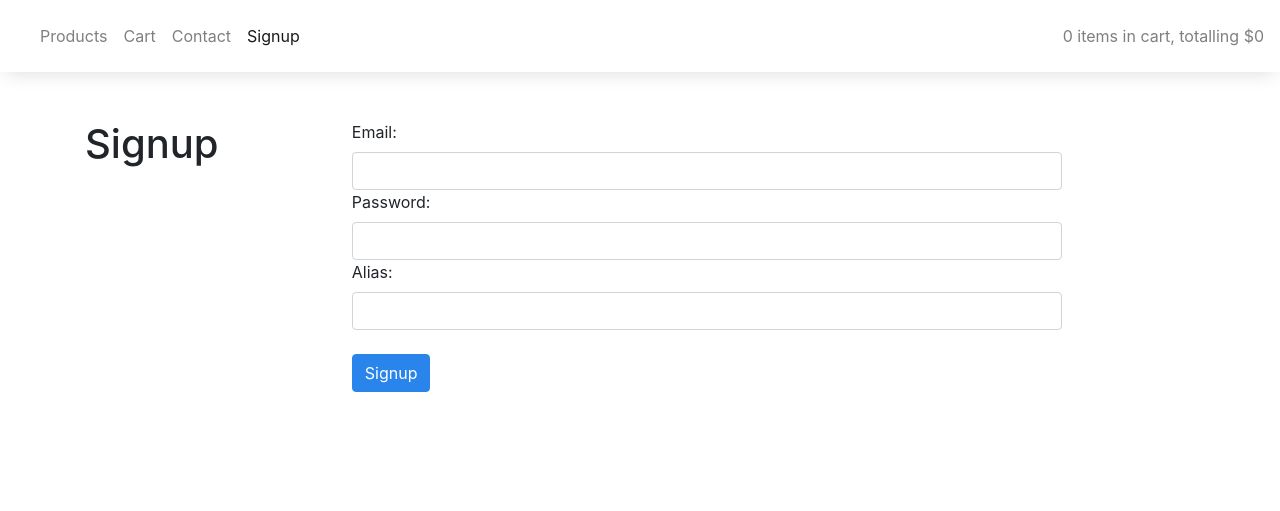
Repository: dayrim/wavecraft
Page: /signup
The author's editor kept a copy of each file at every save. The page is drawn from the files as they stood at one save, then again after the next save.
The browser window is 1280 px wide. The pictures show the whole page.
The project was rebuilt for these pictures with package versions that can differ from the ones it lists, and the page was loaded fresh each time. Also part of the build but not shown: vue.config.js.

Above is the page before, as saved 2019-04-22 16:15:43.

### public/index.html
<!DOCTYPE html>
<html lang="en">
  <head>
    <meta charset="utf-8">
    <meta http-equiv="X-UA-Compatible" content="IE=edge">
    <meta name="viewport" content="width=device-width,initial-scale=1.0">
    <link rel="icon" href="<%= BASE_URL %>favicon.ico">
    <title>wavecraft-reset</title>
  </head>
  <body>
    <noscript>
      <strong>We're sorry but wavecraft-reset doesn't work properly without JavaScript enabled. Please enable it to continue.</strong>
    </noscript>
    <div id="app"></div>
    <!-- built files will be auto injected -->


  </body>
</html>

### src/main.js
import Vue from "vue";
import App from "./App.vue";
import router from "./router";
import store from "./store";
import BootstrapVue from "bootstrap-vue";

Vue.config.productionTip = false;
Vue.use(BootstrapVue);
Vue.filter("currency", function(value) {
  let formatter = new Intl.NumberFormat("en-US", {
    style: "currency",
    currency: "USD",
    minimumFractionDigits: 0,
  });

  return formatter.format(value);
});

new Vue({
  router,
  store,
  render: h => h(App),
}).$mount("#app");

### src/App.vue
<template>
  <div id="app" :class="{ ready: isPageReady }">
    <b-navbar class="mainNavbar" sticky toggleable="lg" variant="light">
      <b-navbar-brand to="/"></b-navbar-brand>

      <b-navbar-toggle target="nav-collapse"></b-navbar-toggle>

      <b-collapse id="nav-collapse" is-nav>
        <b-navbar-nav>
          <b-nav-item exact active-class="active" to="/">Products</b-nav-item>
          <b-nav-item exact active-class="active" to="/cart">Cart</b-nav-item>
          <b-nav-item exact active-class="active" to="/contact">Contact</b-nav-item>
          <b-nav-item exact active-class="active" to="/signup">Signup</b-nav-item>
        </b-navbar-nav>

        <!-- Right aligned nav items -->
        <b-navbar-nav class="ml-auto">
          <b-nav-text>
            <div class="navbar-text">
              {{ cart.items.length }}
              <span v-if="cart.items.length == 1">item</span><span v-else>items</span> in cart,
              totalling {{ cartTotal | currency }}
            </div></b-nav-text
          >
        </b-navbar-nav>
      </b-collapse>
    </b-navbar>
    <transition name="route" mode="out-in">
      <router-view name="discount"> </router-view>
    </transition>
    <b-container>
      <b-row>
        <b-col>
          <br /><br />
          <transition name="route" mode="out-in">
            <router-view></router-view>
          </transition>
        </b-col>
      </b-row>
    </b-container>
  </div>
</template>

<script>
export default {
  data() {
    return {
      isPageReady: false,
    };
  },
  computed: {
    cart() {
      return this.$store.state.cart;
    },
    cartTotal() {
      return this.$store.getters["cart/cartTotal"];
    },
  },
  mounted: function() {
    this.$nextTick(function() {
      setTimeout(() => {
        this.isPageReady = true;
      }, 0);
    });
  },
};
</script>

<style lang="scss">
.mainNavbar {
  box-shadow: 0px 5px 20px -5px rgba(0, 0, 0, 0.15);
}
.flex {
  display: flex;
}
.flex.flex-column {
  flex-direction: column;
}
.flex.flex-row {
  flex-direction: row;
}
.flex.justify-center {
  justify-content: center;
}
.flex.justify-left {
  justify-content: flex-start;
}
.flex.justify-right {
  justify-content: flex-end;
}
.flex.align-center {
  align-items: center;
}
.flex.align-left {
  align-items: flex-start;
}
.flex.align-right {
  align-items: flex-end;
}
/* Navigation */
.navbar .stats {
  margin-top: 15px;
}
ul {
  list-style: none;
}
.btn {
  margin-right: 20px;
}
input[type="radio"] + label,
input[type="checkbox"] + label {
  font-weight: normal;
}

#app {
  opacity: 0;
  transition: opacity 1s ease;
}

#app.ready {
  opacity: 1;
}

.route-enter-active,
.route-leave-active {
  transition: opacity 0.15s ease;
}

.route-enter,
.route-leave-to {
  opacity: 0;
}
</style>

### src/router/index.js
import Vue from "vue";
import Router from "vue-router";
import routes from "./routes";
Vue.use(Router);

export default new Router({
  mode: "history",
  base: process.env.BASE_URL,
  routes,
});

### src/store/index.js
import Vue from "vue";
import Vuex from "vuex";
import cart from "./modules/cart";

Vue.use(Vuex);

export default new Vuex.Store({
  /**
   * Assign the modules to the store.
   */
  modules: {
    cart,
  },
});

### src/assets/common.scss
@import "node_modules/bootstrap/scss/functions";
@import "node_modules/bootstrap/scss/variables";

$primary-color: #2984ec;
$secondary-color: #601cb9;
$tertiary-color: #222d30;
$default-color: #e9e9e9;
$light-color: #ffffff;
$accent-color: #f0081b;
$warning-color: #f09308;



$red: #dc3545;
$yellow: #ffc107;
$green: #006600; // This is the only variable I wanted to change
$cyan: #17a2b8;

$theme-colors: (
  primary: $primary-color,
  secondary: $tertiary-color,
  success: $secondary-color,
  info: $primary-color,
  warning: $warning-color,
  danger: $accent-color,
  light: $light-color,
  dark: $tertiary-color
);

@import 'node_modules/bootstrap/scss/bootstrap';
@import 'node_modules/bootstrap-vue/src/index.scss';

### src/router/routes.js
const routes = [
  {
    path: "",
    components: {
      default: () => import(/* webpackChunkName: "ProductList" */ "@/components/ProductList.vue"),
      discount: () =>
        import(/* webpackChunkName: "SpecialOffer" */ "@/components/SpecialOffer.vue"),
    },
  },
  {
    path: "/cart",
    component: () => import(/* webpackChunkName: "Cart" */ "@/components/Cart.vue"),
    alias: "/shopping-cart",
  },
  {
    path: "/signup",
    component: () => import(/* webpackChunkName: "Singup" */ "@/components/Signup.vue"),
    alias: "/sign-up",
  },
  {
    path: "/product/:productId",
    props: true,
    name: "Product",
    component: () => import(/* webpackChunkName: "Product" */ "@/components/Product.vue"),
    children: [
      {
        path: "details",
        name: "ViewProduct",
        props: true,
        component: () =>
          import(/* webpackChunkName: "ViewProduct" */ "@/components/ViewProduct.vue"),
      },
      {
        path: "reviews",
        name: "ProductReviews",
        props: true,
        component: () =>
          import(/* webpackChunkName: "ProductReviews" */ "@/components/ProductReviews.vue"),
      },
    ],
  },

  {
    path: "/contact",
    component: () => import(/* webpackChunkName: "Contact" */ "@/components/Contact.vue"),
  },
  {
    path: "/*",
    component: () => import(/* webpackChunkName: "PageNotFound" */ "@/components/PageNotFound.vue"),
  },
];

export default routes;

### src/store/modules/cart/index.js
import actions from "./actions";
import getters from "./getters";
import mutations from "./mutations";
import state from "./state";

export default {
  namespaced: true,
  actions,
  getters,
  mutations,
  state,
};

### src/components/Signup.vue
<template>
  <b-container>
    <b-row>
      <h1>Signup</h1>
      <br />
      <b-col></b-col>
      <b-col cols="8">
        <label for="email">Email:</label>
        <b-form-input id="email" type="text"></b-form-input>
        <label for="password">Password:</label>
        <b-form-input id="password" type="text"></b-form-input>
        <label for="alias">Alias:</label>
        <b-form-input id="alias" type="text"></b-form-input>
        <br />
        <b-button variant="primary">Signup</b-button></b-col
      >
      <b-col></b-col>
    </b-row>
  </b-container>
</template>

<script>
export default {
  data() {
    return {};
  },
};
</script>

<style lang="scss"></style>

### src/store/modules/cart/actions.js
import * as Mutate from "./mutation-types";

export const addProductToCart = ({ commit, getters }, payload) => {
  let cartItem = getters.getCartItem(payload.product);
  payload.cartItem = cartItem;

  if (cartItem == null) {
    payload.cartItem = getters.getCartItem(payload.product);
    commit(Mutate.ADD_PRODUCT_TO_CART, payload);
  } else {
    commit(Mutate.INCREASE_PRODUCT_QUANTITY, payload);
  }
};

export const checkout = ({ commit }) => {
  commit(Mutate.CHECKOUT);
};

export default {
  addProductToCart,
  checkout,
};

### src/store/modules/cart/getters.js
export default {
  cartTotal: state => {
    let total = 0;

    state.items.forEach(function(item) {
      total += item.product.price * item.quantity;
    });
    return total;
  },
  getCartItem: state => product => {
    for (let i = 0; i < state.items.length; i++) {
      if (state.items[i].product.id === product.id) {
        return state.items[i];
      }
    }
    return null;
  },
  taxAmount: (state, getters) => percentage => (getters.cartTotal * percentage) / 100,
};

### src/store/modules/cart/mutations.js
import { CHECKOUT, ADD_PRODUCT_TO_CART, INCREASE_PRODUCT_QUANTITY } from "./mutation-types";

export default {
  [CHECKOUT](state) {
    state.items.forEach(function(item) {
      item.product.inStock += item.quantity;
    });

    state.items = [];
  },
  [ADD_PRODUCT_TO_CART]: (state, payload) => {
    state.items.push({
      product: payload.product,
      quantity: payload.quantity,
    });

    payload.product.inStock -= payload.quantity;
  },
  [INCREASE_PRODUCT_QUANTITY]: (state, payload) => {
    payload.cartItem.quantity += payload.quantity;
    payload.product.inStock -= payload.quantity;
  },
};

### src/store/modules/cart/state.js
export default {
  items: [],
};

### src/store/modules/cart/mutation-types.js
export const ADD_PRODUCT_TO_CART = "addProductToCart";
export const CHECKOUT = "checkout";
export const INCREASE_PRODUCT_QUANTITY = "increaseQuantity";

export default {
  ADD_PRODUCT_TO_CART,
  CHECKOUT,
  INCREASE_PRODUCT_QUANTITY,
};

After the next save:
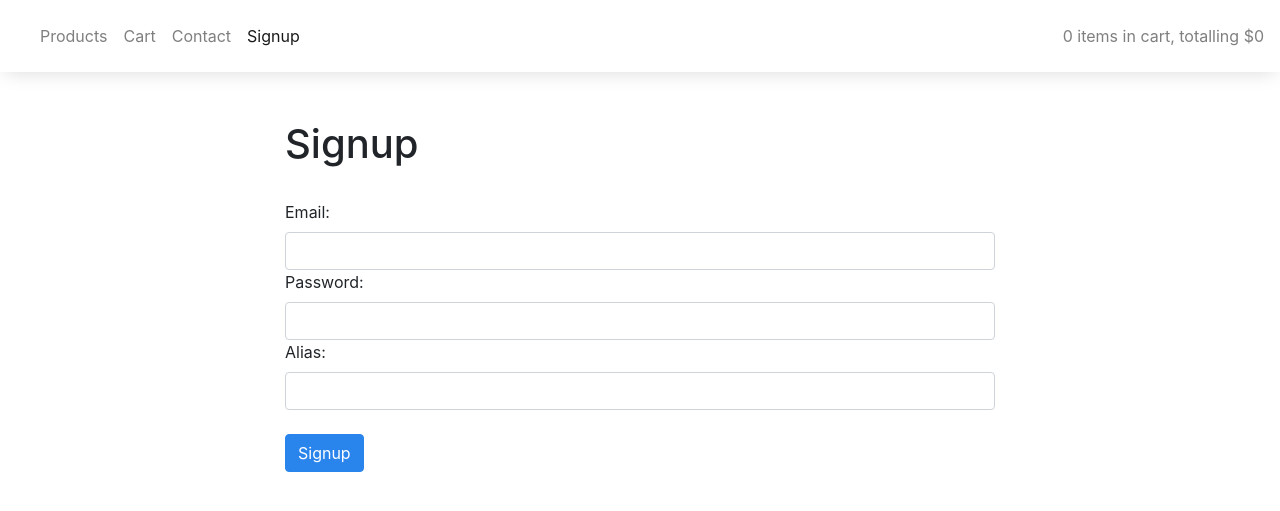
Saved 8 s later.
--- a/src/components/Signup.vue
+++ b/src/components/Signup.vue
@@ -1,10 +1,10 @@
 <template>
   <b-container>
     <b-row>
-      <h1>Signup</h1>
-      <br />
       <b-col></b-col>
       <b-col cols="8">
+        <h1>Signup</h1>
+        <br />
         <label for="email">Email:</label>
         <b-form-input id="email" type="text"></b-form-input>
         <label for="password">Password:</label>
